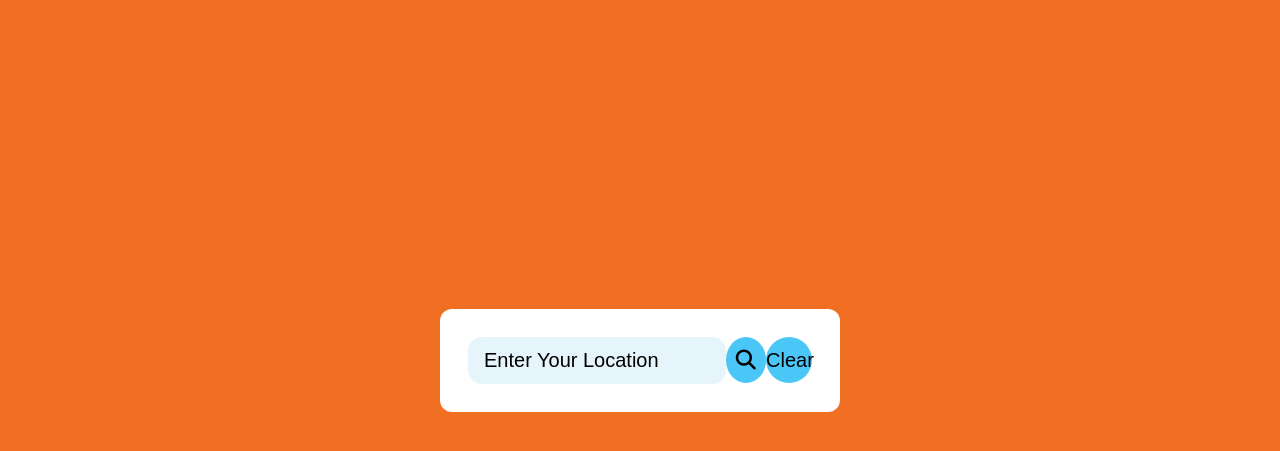
Repository: kapucuonur/weather-app
Page: index.html
An editor plug-in stored every save of this project. The page is shown before and after the next save, followed by the edit.
The browser window is 1280 px wide. The pictures show the whole page.
Some web libraries are served in a nearby version.

Above is the page before, as saved 2024-11-16 15:25:17.

### index.html
<!DOCTYPE html>
<html lang="en">
<head>
    <meta charset="UTF-8">
    <meta http-equiv="X-UA-Compatible" content="IE=edge">
    <meta name="viewport" content="width=device-width, initial-scale=1.0">
    <title>Weather App With JavaScript</title>
    <link rel="stylesheet" href="style.css">
</head>
<body>

    <div class="container">

        <div class="header">
            <div class="search-box">
                <input type="text" placeholder="Enter your location" class="input-box">
                <button class="fa-solid fa-magnifying-glass" id="searchBtn"></button>
                <!-- Clear button added here -->
                <button class="clear-btn" id="clearBtn">Clear</button>
            </div>

        </div>

        <div class="location-not-found">
            <h1>Sorry, Location not found!!!</h1>
            <img src="/assets/404.png" alt="404 Error">
        </div>

        <div class="weather-body">
            <img src="/assets/cloud.png" alt="Weather Image" class="weather-img">

            <div class="weather-box">
                <p class="temperature">0 <sup>°C</sup></p>
                <p class="description">light rain</p>
            </div>

            <div class="weather-details">
                <div class="humidity">
                    <i class="fa-sharp fa-solid fa-droplet"></i>
                    <div class="text">
                        <span id="humidity">45%</span>
                        <p>Humidity</p>
                    </div>
                </div>

                <div class="wind">
                    <i class="fa-solid fa-wind"></i>
                    <div class="text">
                        <span id="wind-speed">12Km/H</span>
                        <p>Wind Speed</p>
                    </div>
                </div>
            </div>
        </div>
    </div>


    <script src="script.js"></script>
    <script src="https://kit.fontawesome.com/595a890311.js" crossorigin="anonymous"></script>
</body>
</html>

### style.css
*{
    margin: 0;
    padding: 0;
    box-sizing: border-box;
    border: none;
    outline: none;
    font-family: sans-serif;
}

body{
    min-height: 100vh;
    display: flex;
    justify-content: center;
    align-items: center;
    background-color: #f16f23;
}

.container{
    width: 400px;
    height: min-content;
    background-color: #fff;
    border-radius: 12px;
    padding: 28px;
}

.search-box{
    width: 100%;
    height: min-content;
    display: flex;
    justify-content: space-between;
    align-items: center;
}

.search-box input{
    width: 84%;
    font-size: 20px;
    text-transform: capitalize;
    color: #000;
    background-color: #e6f5fb;
    padding: 12px 16px;
    border-radius: 14px;
}

.search-box input::placeholder{
    color: #000;
}

.search-box button{
    width: 46px;
    height: 46px;
    background-color: #4ac6f7;
    border-radius: 50%;
    cursor: pointer;
    font-size: 20px;
}

.search-box button:hover{
    color: #fff;
    background-color: #f20c0c;
}

.weather-body{
    justify-content: center;
    align-items: center;
    flex-direction: column;
    margin-block: 20px;
    display: none;
}
.weather-body img{
    width: 60%;
}

.weather-box{
    margin-block: 20px;
    text-align: center;
}

.weather-box .temperature{
    font-size: 40px;
    font-weight: 800;
    position: relative;
}

.weather-box .temperature sup{
    font-size: 20px;
    position: absolute;
    font-weight: 600;
}

.weather-box .description{
    font-size: 20px;
    font-weight: 700;
    text-transform: capitalize;
}

.weather-details{
    width: 100%;
    display: flex;
    justify-content: space-between;
    margin-top: 30px;
}

.humidity, .wind{
    display: flex;
    align-items: center;
}

.humidity{
    margin-left: 20px;
}

.wind{
    margin-right: 20px;
}

.weather-details i{
    font-size: 36px;
}

.weather-details .text{
    margin-left: 10px;
    font-size: 16px;
}

.text span{
    font-size: 20px;
    font-weight: 700;
}

.location-not-found{
    margin-top: 20px;
    display: none;
    align-items: center;
    justify-content: center;
    flex-direction: column;
}

.location-not-found h1{
    font-size: 20px;
    color: #6b6b6b;
    margin-block-end: 15px;
}
.location-not-found img{
    width: 80%;
}

### script.js
const inputBox = document.querySelector('.input-box');
const searchBtn = document.getElementById('searchBtn');
const weather_img = document.querySelector('.weather-img');
const temperature = document.querySelector('.temperature');
const description = document.querySelector('.description');
const humidity = document.getElementById('humidity');
const wind_speed = document.getElementById('wind-speed');

const location_not_found = document.querySelector('.location-not-found');

const weather_body = document.querySelector('.weather-body');


async function checkWeather(city) {
    const api_key = "c80e259dca249e73ac2138d8b0365025"; // Yeni API anahtarınız
    const url = `https://api.openweathermap.org/data/2.5/weather?q=${city}&appid=${api_key}`;

    const weather_data = await fetch(`${url}`).then(response => response.json());

    console.log(weather_data); // API yanıtını konsolda kontrol et

    if (weather_data.cod === "404") {
        location_not_found.style.display = "flex";
        weather_body.style.display = "none";
        console.log("Location not found");
        return;
    }

    location_not_found.style.display = "none";
    weather_body.style.display = "flex";

    // Sıcaklık ve hava durumu verilerini güncelle
    temperature.innerHTML = `${Math.round(weather_data.main.temp - 273.15)}°C`;
    description.innerHTML = `${weather_data.weather[0].description}`;

    humidity.innerHTML = `${weather_data.main.humidity}%`;
    wind_speed.innerHTML = `${weather_data.wind.speed} Km/H`;

    // Hava durumu resmini belirle
    switch (weather_data.weather[0].main) {
        case 'Clouds':
            weather_img.src = "/assets/cloud.png";
            break;
        case 'Clear':
            weather_img.src = "/assets/clear.png";
            break;
        case 'Rain':
            weather_img.src = "/assets/rain.png";
            break;
        case 'Mist':
            weather_img.src = "/assets/mist.png";
            break;
        case 'Snow':
            weather_img.src = "/assets/snow.png";
            break;

}


    console.log(weather_data);
}


searchBtn.addEventListener('click', ()=>{
    checkWeather(inputBox.value);
});

After the next save:
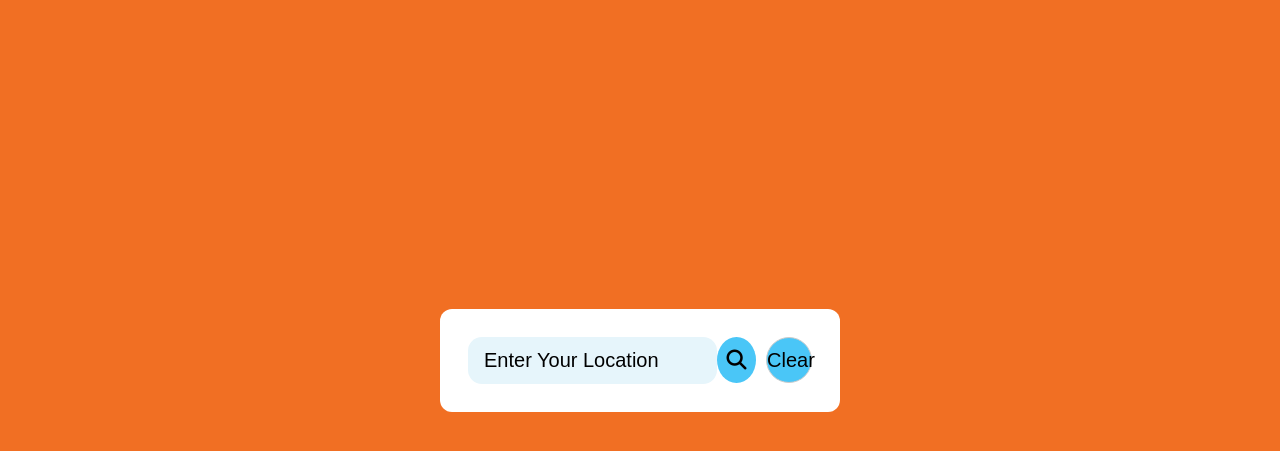
Saved 25 s later.
--- a/style.css
+++ b/style.css
@@ -44,6 +44,22 @@ body{
 .search-box input::placeholder{
     color: #000;
 }
+.clear-btn {
+    width: 46px;
+    height: 46px;
+    background-color: #e6f5fb;
+    border-radius: 50%;
+    cursor: pointer;
+    font-size: 20px;
+    border: 1px solid #ccc;
+    margin-left: 10px; /* Input kutusu ile arasında boşluk bırak */
+}
+
+.clear-btn:hover {
+    color: #fff;
+    background-color: #ababab;
+}
+
 
 .search-box button{
     width: 46px;
